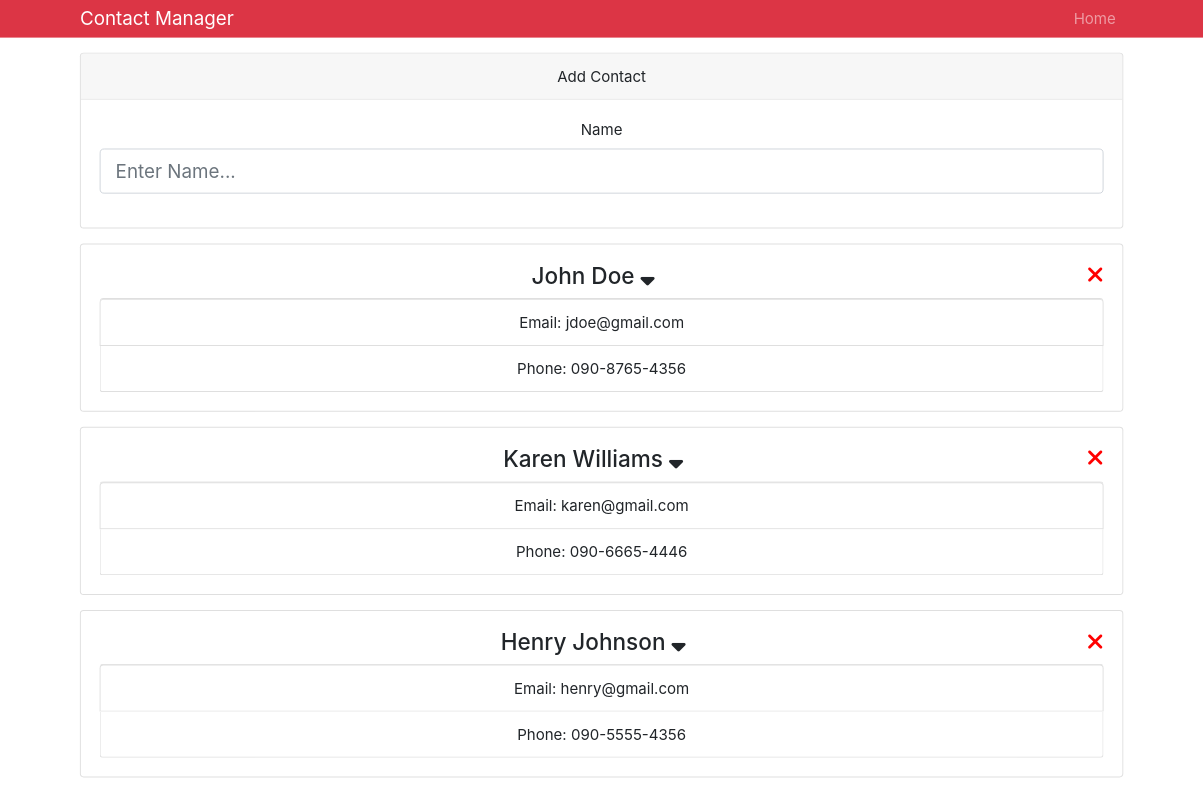
Repository: IkennaU/contactmanager
Page: /test
These files come from the project's save history. The page is drawn as it stood at one moment and after the next save; the edit follows.
The browser window is 1280 px wide. The pictures show the whole page, at 94% of full size.
Some web libraries are served in a nearby version. The project was rebuilt for these pictures with package versions that can differ from the ones it lists, and the page was loaded fresh each time.

Above is the page before, as saved 2020-07-22 00:15:18.

### public/index.html
<!DOCTYPE html>
<html lang="en">
  <head>
    <meta charset="utf-8" />
    <link rel="icon" href="%PUBLIC_URL%/favicon.ico" />
    <meta name="viewport" content="width=device-width, initial-scale=1" />
    <meta name="theme-color" content="#000000" />
    <meta
      name="description"
      content="Web site created using create-react-app"
    />
    <link rel="apple-touch-icon" href="%PUBLIC_URL%/logo192.png" />
    <!--
      manifest.json provides metadata used when your web app is installed on a
      user's mobile device or desktop. See https://developers.google.com/web/fundamentals/web-app-manifest/
    -->
    <link rel="manifest" href="%PUBLIC_URL%/manifest.json" />
    <!--
      Notice the use of %PUBLIC_URL% in the tags above.
      It will be replaced with the URL of the `public` folder during the build.
      Only files inside the `public` folder can be referenced from the HTML.

      Unlike "/favicon.ico" or "favicon.ico", "%PUBLIC_URL%/favicon.ico" will
      work correctly both with client-side routing and a non-root public URL.
      Learn how to configure a non-root public URL by running `npm run build`.
    -->
    <title>Contact Manager</title>
  </head>
  <body>
    <noscript>You need to enable JavaScript to run this app.</noscript>
    <div id="root"></div>
    <!--
      This HTML file is a template.
      If you open it directly in the browser, you will see an empty page.

      You can add webfonts, meta tags, or analytics to this file.
      The build step will place the bundled scripts into the <body> tag.

      To begin the development, run `npm start` or `yarn start`.
      To create a production bundle, use `npm run build` or `yarn build`.
    -->
  </body>
  <script src="https://kit.fontawesome.com/98795c63b9.js"></script>
</html>

### src/App.js
import React from "react";
import Contacts from "./components/contacts/Contacts";
import Header from "./components/layout/Header";
import AddContact from "./components/contacts/AddContact";
import "bootstrap/dist/css/bootstrap.min.css";
import { Provider } from "./context";

import "./App.css";

function App() {
  return (
    <Provider>
      <div className="App">
        <Header branding="Contact Manager" />
        <div className="container">
          <AddContact />
          <Contacts />
        </div>
      </div>
    </Provider>
  );
}

export default App;

### src/components/contacts/Contacts.js
import React, { Component } from "react";
import PropTypes from "prop-types";
import Contact from "../contacts/Contact";
import { Consumer } from "../../context";

class Contacts extends Component {
  static propTypes = {};

  render() {
    return (
      <Consumer>
        {(value) => {
          return (
            <div>
              {value.contacts.map((contact) => (
                <Contact key={contact.id} contact={contact} />
              ))}{" "}
            </div>
          );
        }}
      </Consumer>
    );
  }
}

export default Contacts;

### src/components/layout/Header.js
import React from "react";
import PropTypes from "prop-types";

function Header(props) {
  return (
    <nav className="navbar navbar-expand-sm navbar-dark bg-danger mb-3 py-0">
      <div className="container">
        <a href="/" className="navbar-brand">
          {props.branding}
        </a>
        <div>
          <ul className="navbar-nav mr-auto">
            <li className="nav-item">
              <a href="/" className="nav-link">
                Home
              </a>
            </li>
          </ul>
        </div>
      </div>
    </nav>
  );
}
Header.propTypes = { branding: PropTypes.string.isRequired };

export default Header;

### src/components/contacts/AddContact.js
import React, { Component } from "react";
import PropTypes from "prop-types";

class AddContact extends Component {
  static propTypes = {};

  state = { name: "", email: "", phone: "" };

  render() {
    return (
      <div className="card mb-3">
        <div className="card-header">Add Contact</div>
        <div className="card-body">
          <form>
            <div className="form-group">
              <label htmlFor="name">Name</label>
              <input
                type="text"
                name="name"
                className="form-control form-control-lg"
                placeholder="Enter Name..."
              />
            </div>
          </form>
        </div>
      </div>
    );
  }
}

export default AddContact;

### src/context.js
import React, { Component } from "react";

const Context = React.createContext();
const reducer = (state, action) => {
  switch (action.type) {
    case "DELETE_CONTACT":
      return {
        ...state,
        contacts: state.contacts.filter(
          (contact) => contact.id !== action.payload
        ),
      };
    default:
      return state;
  }
};

export class Provider extends Component {
  state = {
    contacts: [
      {
        id: 1,
        name: "John Doe",
        email: "jdoe@gmail.com",
        phone: "090-8765-4356",
      },
      {
        id: 2,
        name: "Karen Williams",
        email: "karen@gmail.com",
        phone: "090-6665-4446",
      },
      {
        id: 3,
        name: "Henry Johnson",
        email: "henry@gmail.com",
        phone: "090-5555-4356",
      },
    ],
    dispatch: (action) => {
      this.setState((state) => reducer(state, action));
    },
  };
  render() {
    return (
      <Context.Provider value={this.state}>
        {this.props.children}
      </Context.Provider>
    );
  }
}
export const Consumer = Context.Consumer;

### src/components/contacts/Contact.js
import React, { Component } from "react";
import PropTypes from "prop-types";
import { Consumer } from "../../context";

class Contact extends Component {
  static propTypes = {
    contact: PropTypes.object.isRequired,
  };
  state = {
    showContactInfo: true,
  };
  onShowClick = (e) => {
    this.setState({ showContactInfo: !this.state.showContactInfo });
  };
  onDeleteClick = (id, dispatch) => {
    dispatch({ type: "DELETE_CONTACT", payload: id });
  };

  render() {
    return (
      <Consumer>
        {(value) => {
          return (
            <div className="card card-body mb-3">
              <h4>
                {this.props.contact.name}{" "}
                <i
                  onClick={this.onShowClick}
                  className="fas fa-sort-down"
                  style={{ cursor: "pointer" }}
                />
                <i
                  className="fas fa-times"
                  style={{ cursor: "pointer", float: "right", color: "red" }}
                  onClick={this.onDeleteClick.bind(
                    this,
                    this.props.contact.id,
                    value.dispatch
                  )}
                ></i>
              </h4>
              {this.state.showContactInfo ? (
                <ul className="list-group">
                  <li className="list-group-item">
                    Email: {this.props.contact.email}
                  </li>
                  <li className="list-group-item">
                    Phone: {this.props.contact.phone}
                  </li>
                </ul>
              ) : null}
            </div>
          );
        }}
      </Consumer>
    );
  }
}

export default Contact;

Loaded but not shown: src/index.js (common file); src/serviceWorker.js (common file); src/App.css (common file)

After the next save:
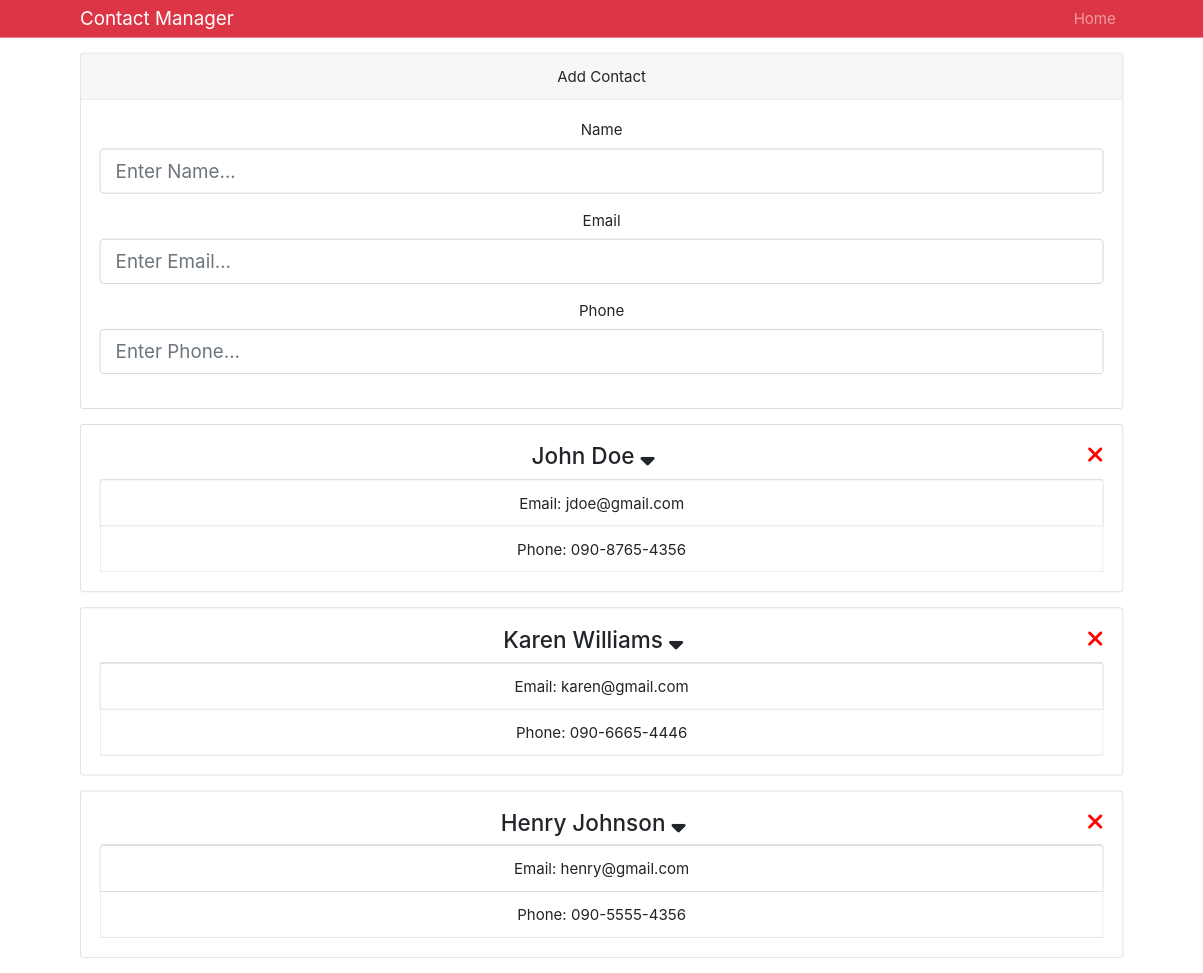
Saved 7 min 47 s later.
--- a/src/components/contacts/AddContact.js
+++ b/src/components/contacts/AddContact.js
@@ -21,6 +21,24 @@ class AddContact extends Component {
                 placeholder="Enter Name..."
               />
             </div>
+            <div className="form-group">
+              <label htmlFor="email">Email</label>
+              <input
+                type="email"
+                name="email"
+                className="form-control form-control-lg"
+                placeholder="Enter Email..."
+              />
+            </div>
+            <div className="form-group">
+              <label htmlFor="phone">Phone</label>
+              <input
+                type="text"
+                name="phone"
+                className="form-control form-control-lg"
+                placeholder="Enter Phone..."
+              />
+            </div>
           </form>
         </div>
       </div>
